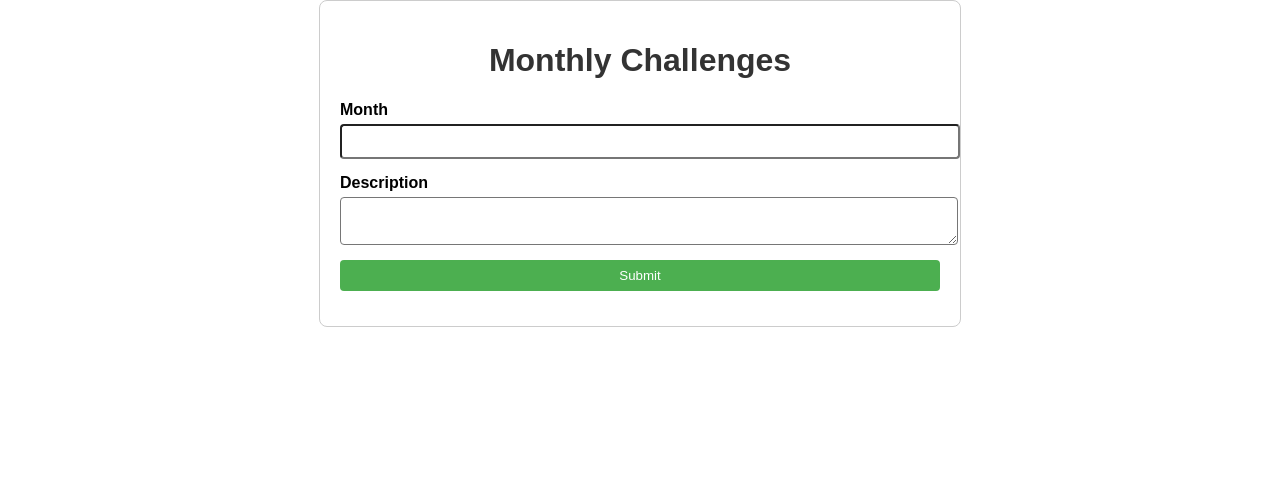
Repository: Vikaskoli/MonthlyMilestones_Front-end
Page: /
The author's editor kept a copy of each file at every save. The page is drawn from the files as they stood at one save, then again after the next save.
The browser window is 1280 px wide. The pictures show the whole page.
The page's requests for data from a server got no answer. The project was rebuilt for these pictures with package versions that can differ from the ones it lists, and the page was loaded fresh each time. No one was signed in, and anything a server would have sent is missing. Also part of the build but not shown: src/component/Milestone.js, src/component/ChallengeDetails.js.

Above is the page before, as saved 2024-12-02 15:33:55.

### src/App.js
import { useEffect, useState } from 'react';
import './App.css';
import ChallengeList from './component/ChallengeList';
import axios from 'axios';
import AddMilestone from './component/AddMilestone';
import ChallengeDetails from './component/ChallengeDetails';

function App() {
  // State to store the list of challenges
  const [challenges, setChallenges] = useState([]);

  // State to track the selected challenge for update or display
  const [selectedChallenge, setSelectedChallenge] = useState(null);

  // Fetch the challenges when the component mounts
  useEffect(() => {
    fetchChallenges();
  }, []);

  // Function to fetch challenges from the backend
  const fetchChallenges = async () => {
    try {
      const response = await axios.get('http://localhost:8080/challenges');
      setChallenges(response.data);
    } catch (error) {
      console.error('Error fetching challenges: ', error);
    }
  };

  // Function to handle adding a new challenge
  const handleChallengeAdded = () => {
    fetchChallenges();
  };

  // Function to handle selecting a challenge (for editing/viewing details)
  const handleChallengeSelected = (challenge) => {
    setSelectedChallenge(challenge);
  };

  // Function to handle updating a challenge
  const handleChallengeUpdated = async (id, updatedChallenge) => {
    try {
      await axios.put(`http://localhost:8080/challenges/${id}`, updatedChallenge);
      fetchChallenges(); // Refresh the list
      setSelectedChallenge(null); // Deselect after update
    } catch (error) {
      console.error('Error updating challenge: ', error);
    }
  };

  // Function to handle deleting a challenge
  const handleChallengeDeleted = async (id) => {
    try {
      await axios.delete(`http://localhost:8080/challenges/${id}`);
      fetchChallenges(); // Refresh the list
      if (selectedChallenge?.id === id) setSelectedChallenge(null); // Deselect if deleted
    } catch (error) {
      console.error('Error deleting challenge: ', error);
    }
  };

  return (
    <div className="App">
      <h1>Monthly Challenges</h1>
      {/* Component to add a new challenge */}
      <AddMilestone onChallengeAdded={handleChallengeAdded} />

      {/* Component to display the list of challenges */}
      <ChallengeList
        challenges={challenges}
        onSelect={handleChallengeSelected}
        onDelete={handleChallengeDeleted}
      />

      {/* Component to display and update the selected challenge */}
      {selectedChallenge && (
        <ChallengeDetails
          challenge={selectedChallenge}
          onUpdate={handleChallengeUpdated}
        />
      )}
    </div>
  );
}

export default App;

### src/App.css
/* App.css */
.App {
  font-family: Arial, sans-serif;
  padding: 20px;
  max-width: 600px;
  margin: auto;
  border: 1px solid #ccc;
  border-radius: 8px;
}

h1 {
  text-align: center;
  color: #333;
}

div {
  margin-bottom: 15px;
}

form {
  margin-top: 20px;
}

label {
  font-weight: bold;
}

input, textarea, button {
  display: block;
  width: 100%;
  margin-top: 5px;
  padding: 8px;
  border-radius: 4px;
}

button {
  background-color: #4caf50;
  color: white;
  border: none;
  cursor: pointer;
}

button:hover {
  background-color: #45a049;
}

### src/component/ChallengeList.js
import Milestone from './Milestone';

// Component to display a list of challenges
function ChallengeList({ challenges, onSelect, onDelete }) {
  return (
    <div>
      {/* Render each challenge using the Milestone component */}
      {challenges.map((challenge) => (
        <Milestone
          key={challenge.id}
          challenge={challenge}
          onSelect={() => onSelect(challenge)}
          onDelete={() => onDelete(challenge.id)}
        />
      ))}
    </div>
  );
}

export default ChallengeList;

### src/component/AddMilestone.js
import { useState } from "react";
import axios from 'axios';

function AddMilestone({ onChallengeAdded }) {
  const [month, setMonth] = useState("");
  const [description, setDescription] = useState(""); // Fixed typo here

  const handleSubmit = async (e) => {
      e.preventDefault();
      try {
            await axios.post('http://localhost:8080/challenges', { month, description })
            setMonth('');
            setDescription(''); // Fixed typo here
            onChallengeAdded();
      } catch (error) {
        console.error("Error Adding challenges: ", error);
      }
  };

  return (
    <div>
      <form onSubmit={handleSubmit}>
        <div>
          <label htmlFor="month">Month </label>
          <input
            type="text"
            id="month"
            value={month}
            onChange={(e) => setMonth(e.target.value)}
            required
          />
        </div>
        <div>
          <label htmlFor="description">Description </label>
          <textarea
            id="description"
            value={description}
            onChange={(e) => setDescription(e.target.value)} // Fixed typo here
            required
          />
        </div>
        <button type="submit">Submit</button>
      </form>
    </div>
  );
}

export default AddMilestone;

Loaded but not shown: public/index.html (common file); src/index.js (common file); src/index.css (common file); src/reportWebVitals.js (common file)

After the next save:
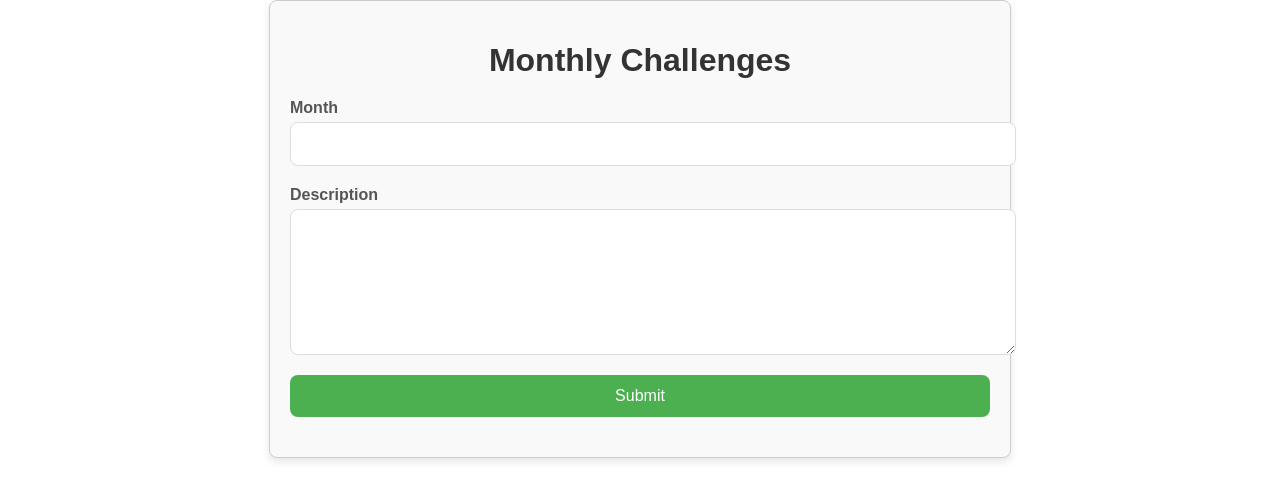
Saved 57 s later.
--- a/src/App.css
+++ b/src/App.css
@@ -2,19 +2,23 @@
 .App {
   font-family: Arial, sans-serif;
   padding: 20px;
-  max-width: 600px;
+  max-width: 700px;
   margin: auto;
   border: 1px solid #ccc;
   border-radius: 8px;
+  background-color: #f9f9f9;
+  box-shadow: 0 4px 8px rgba(0, 0, 0, 0.1);
 }
 
 h1 {
   text-align: center;
   color: #333;
+  font-size: 2rem;
+  margin-bottom: 20px;
 }
 
 div {
-  margin-bottom: 15px;
+  margin-bottom: 20px;
 }
 
 form {
@@ -23,14 +27,29 @@ form {
 
 label {
   font-weight: bold;
+  color: #555;
+  margin-bottom: 5px;
+  display: block;
 }
 
 input, textarea, button {
   display: block;
   width: 100%;
   margin-top: 5px;
-  padding: 8px;
-  border-radius: 4px;
+  padding: 12px;
+  border-radius: 8px;
+  border: 1px solid #ddd;
+  font-size: 1rem;
+}
+
+input:focus, textarea:focus {
+  border-color: #4caf50;
+  outline: none;
+}
+
+textarea {
+  resize: vertical;
+  height: 120px;
 }
 
 button {
@@ -38,8 +57,54 @@ button {
   color: white;
   border: none;
   cursor: pointer;
+  font-size: 1rem;
+  margin-top: 15px;
 }
 
 button:hover {
   background-color: #45a049;
 }
+
+button:disabled {
+  background-color: #ccc;
+  cursor: not-allowed;
+}
+
+h2 {
+  font-size: 1.5rem;
+  color: #333;
+  margin-bottom: 15px;
+}
+
+.milestone {
+  padding: 15px;
+  background-color: #fff;
+  border-radius: 8px;
+  margin-bottom: 10px;
+  box-shadow: 0 2px 5px rgba(0, 0, 0, 0.1);
+}
+
+.milestone h5 {
+  margin: 0;
+  font-size: 1.25rem;
+  cursor: pointer;
+  color: #4caf50;
+}
+
+.milestone p {
+  color: #555;
+  margin-top: 10px;
+}
+
+.milestone button {
+  background-color: #f44336;
+  margin-top: 10px;
+}
+
+.milestone button:hover {
+  background-color: #d32f2f;
+}
+
+.milestone h5:hover {
+  text-decoration: underline;
+}
